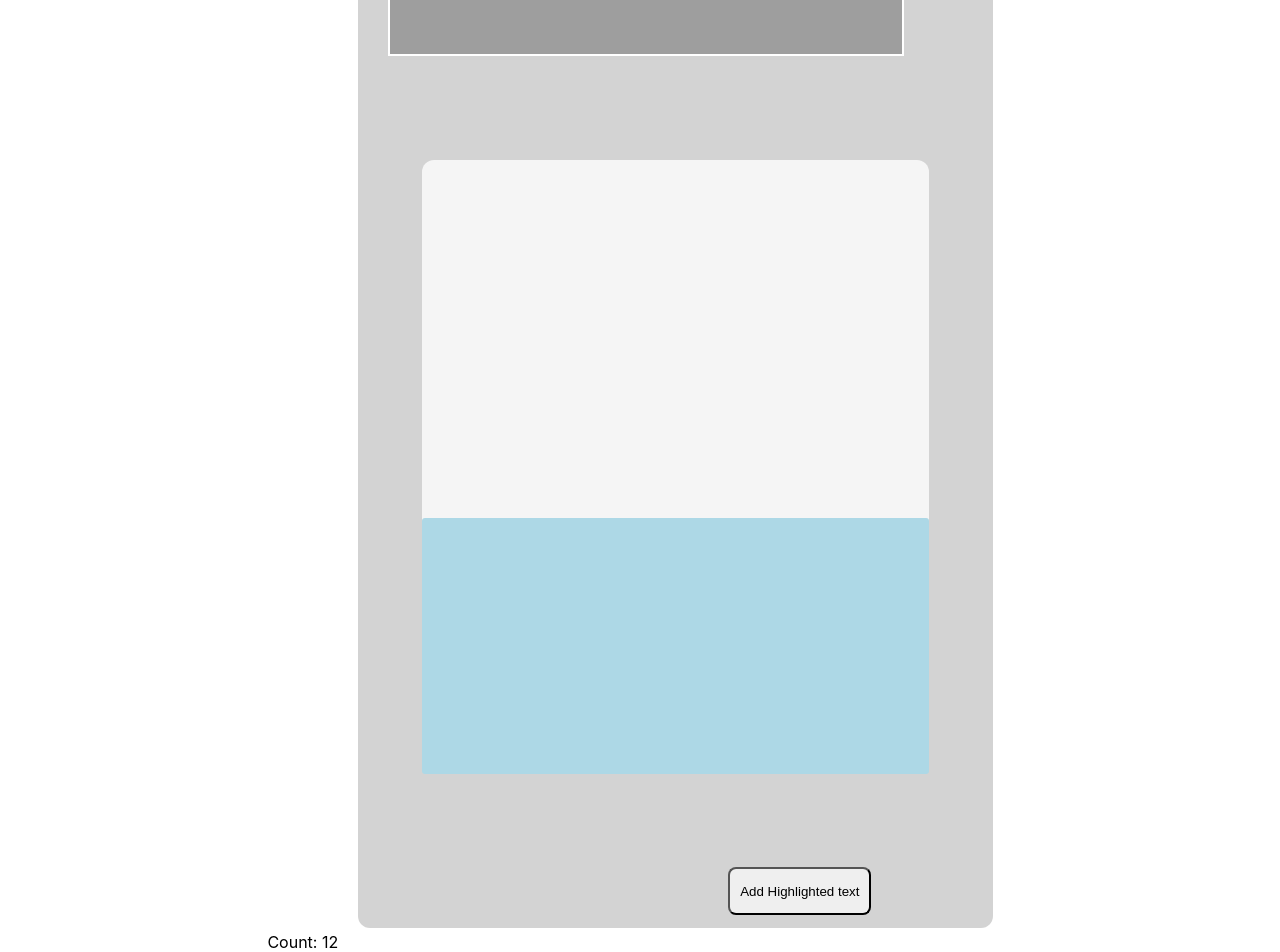
Repository: Farbod29/React-text-highlighter-with-hook-
Page: /
The author's editor kept a copy of each file at every save. The page is drawn from the files as they stood at one save, then again after the next save.
The browser window is 1280 px wide. The pictures show the part of the page from y = 372 to 1324 px (the page is 1324 px tall).
Pictures or frames that could not be fetched are drawn as grey boxes. The project was rebuilt for these pictures with package versions that can differ from the ones it lists, and the page was loaded fresh each time.

Above is the page before, as saved 2022-02-18 23:14:57.

After the next save:
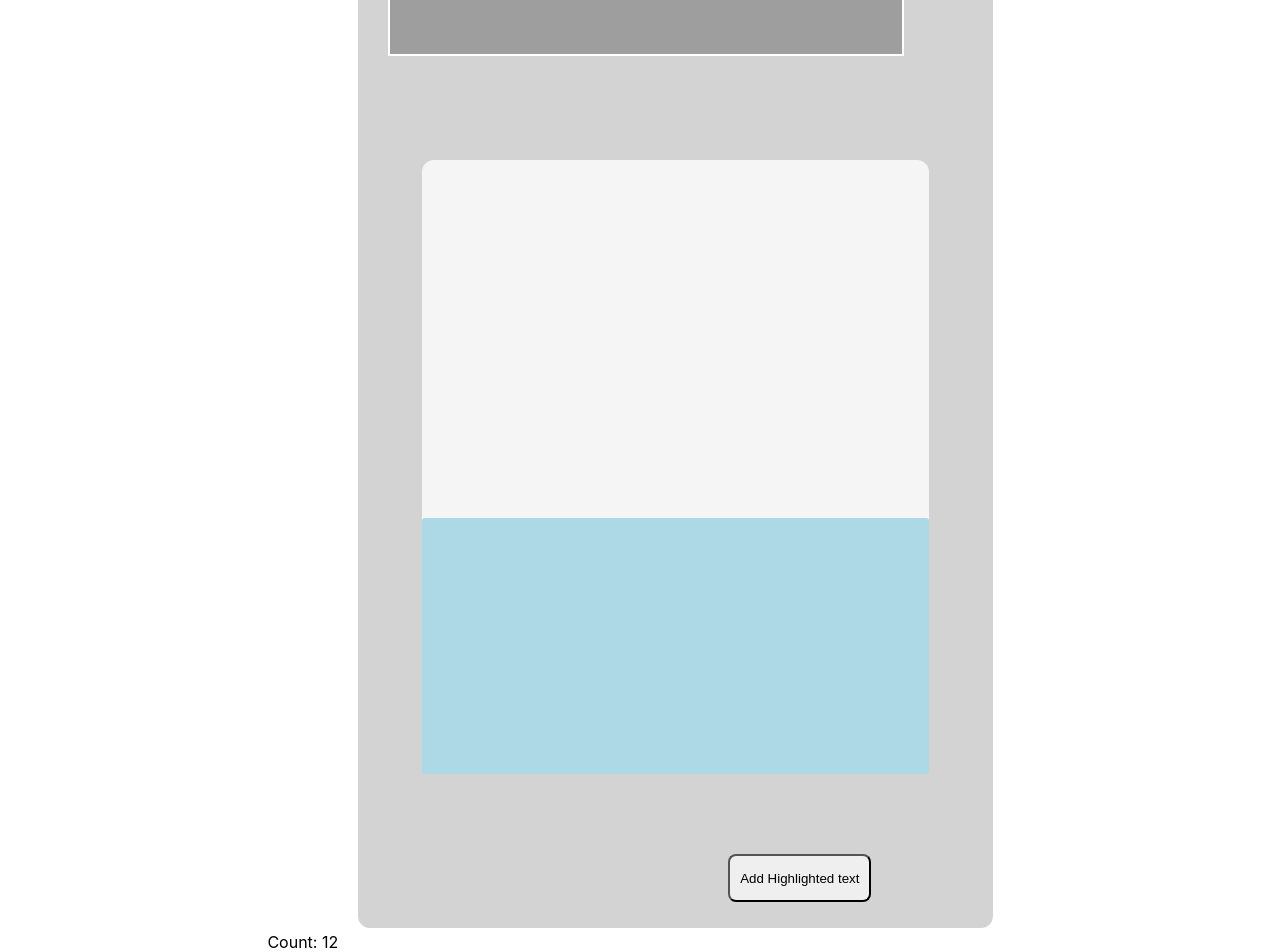
Saved 5 s later.
--- a/src/highlighter.js
+++ b/src/highlighter.js
@@ -68,7 +68,7 @@ export default function Highlighter() {
           style={{
             top: '500',
             position: 'absolute',
-            bottom: '1vw',
+            bottom: '2vw',
             left: '23vw',
             right: '2vw',
             width: '23vw',
